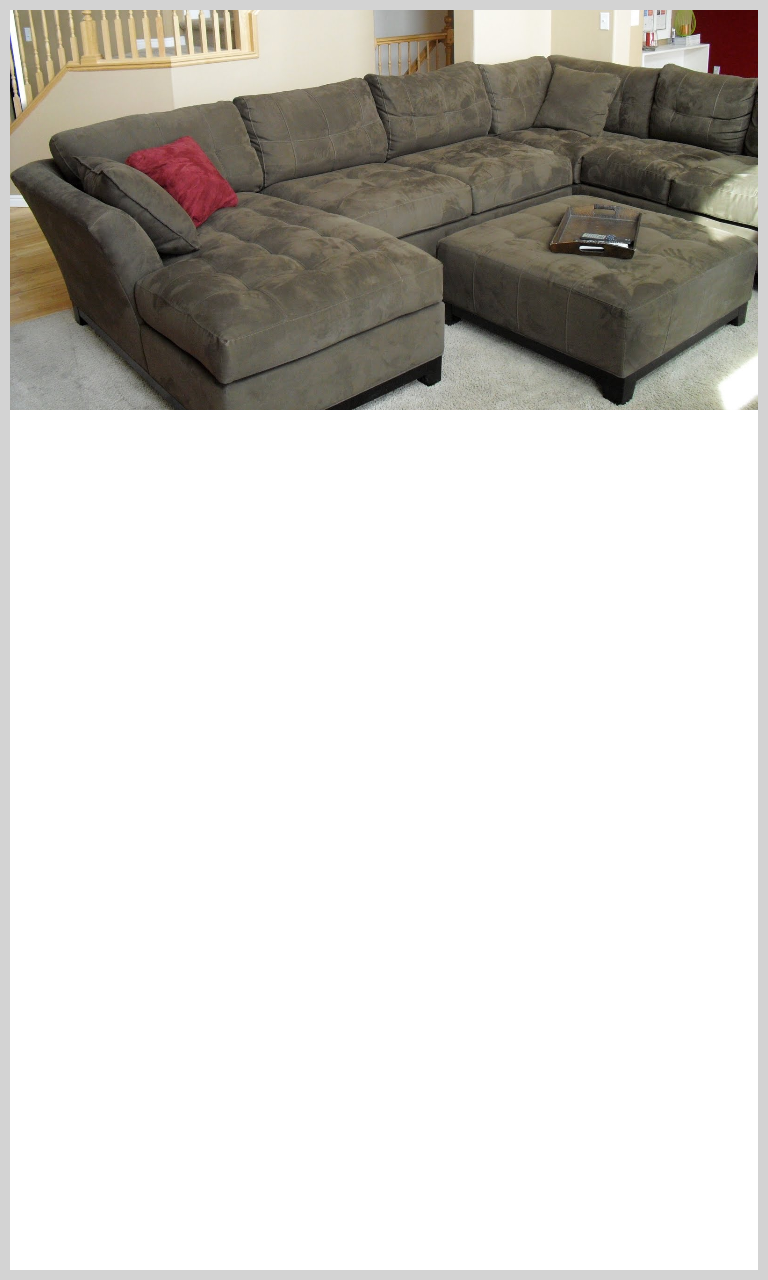
Repository: specialFX16/College-List
Layout: AndroidApp/CollegeList/res/layout/list_view_card.xml
These files come from the project's save history. The layout is drawn as it stood at one moment and after the next save; the edit follows.
It is drawn on a 768 x 1280 px phone screen (xhdpi) without system bars, with theme AppTheme; the app's code is not run.

Above is the layout before, as saved 2015-03-03 02:50:04.

### AndroidApp/CollegeList/res/layout/list_view_card.xml
<?xml version="1.0" encoding="utf-8"?>
<FrameLayout xmlns:android="http://schemas.android.com/apk/res/android"
    android:layout_width="match_parent"
    android:layout_height="match_parent"
    android:paddingLeft="5dp"
    android:paddingRight="5dp"
    android:paddingTop="5dp"
    android:paddingBottom="5dp"
    android:background="#d3d3d3"
    >

    <RelativeLayout
        android:layout_width="match_parent"
        android:layout_height="match_parent"
        android:background="#ffffff"
         >

        <ImageView
            android:id="@+id/main_list_image"
            android:layout_width="match_parent"
            android:layout_height="200dp"
            android:layout_alignParentTop="true"
            android:layout_centerHorizontal="true"
            android:src="@drawable/test_couch3"
            android:adjustViewBounds="true"
            android:scaleType="centerCrop"
            />

    </RelativeLayout>

</FrameLayout>

Loaded but not shown: AndroidApp/CollegeList/res/values/styles.xml (common file); AndroidApp/CollegeList/res/values-v11/styles.xml (common file); AndroidApp/CollegeList/res/values-v14/styles.xml (common file)

After the next save:
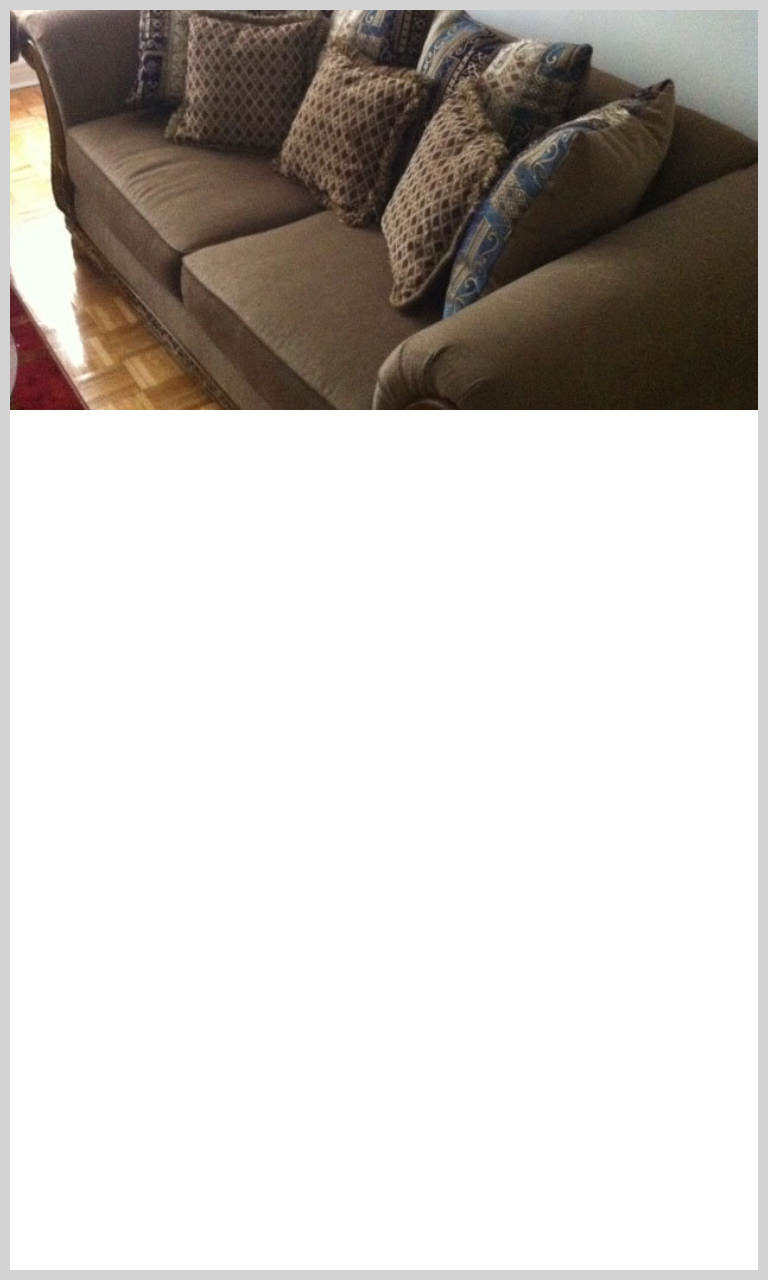
Saved 6 s later.
--- a/AndroidApp/CollegeList/res/layout/list_view_card.xml
+++ b/AndroidApp/CollegeList/res/layout/list_view_card.xml
@@ -21,7 +21,7 @@
             android:layout_height="200dp"
             android:layout_alignParentTop="true"
             android:layout_centerHorizontal="true"
-            android:src="@drawable/test_couch3"
+            android:src="@drawable/test_couch4"
             android:adjustViewBounds="true"
             android:scaleType="centerCrop"
             />
